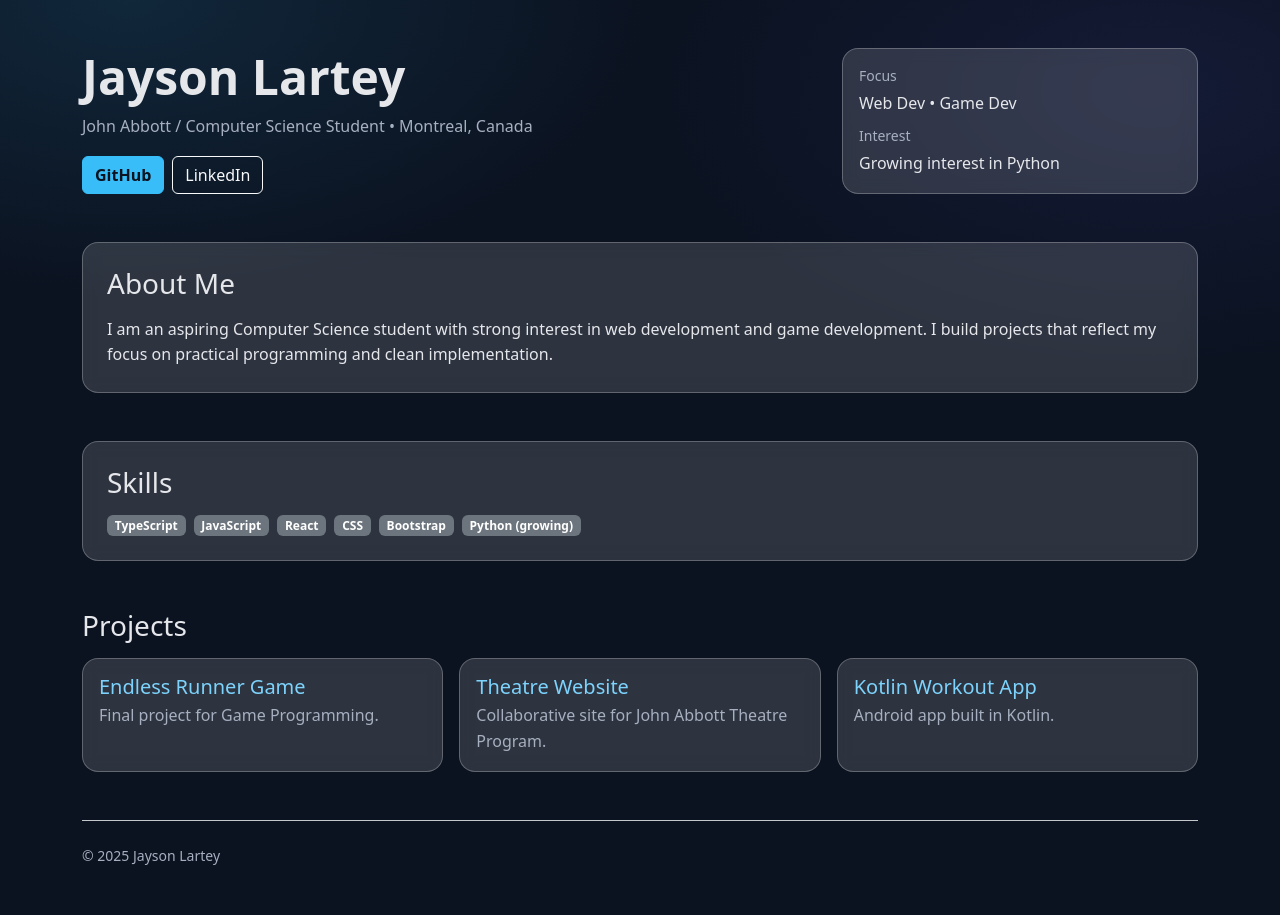
Repository: jaysonlartey/jaysonlartey.github.io
Page: index.html
An editor plug-in stored every save of this project. The page is shown before and after the next save, followed by the edit.
The browser window is 1280 px wide. The pictures show the whole page.

Above is the page before, as saved 2025-12-12 20:32:49.

After the next save:
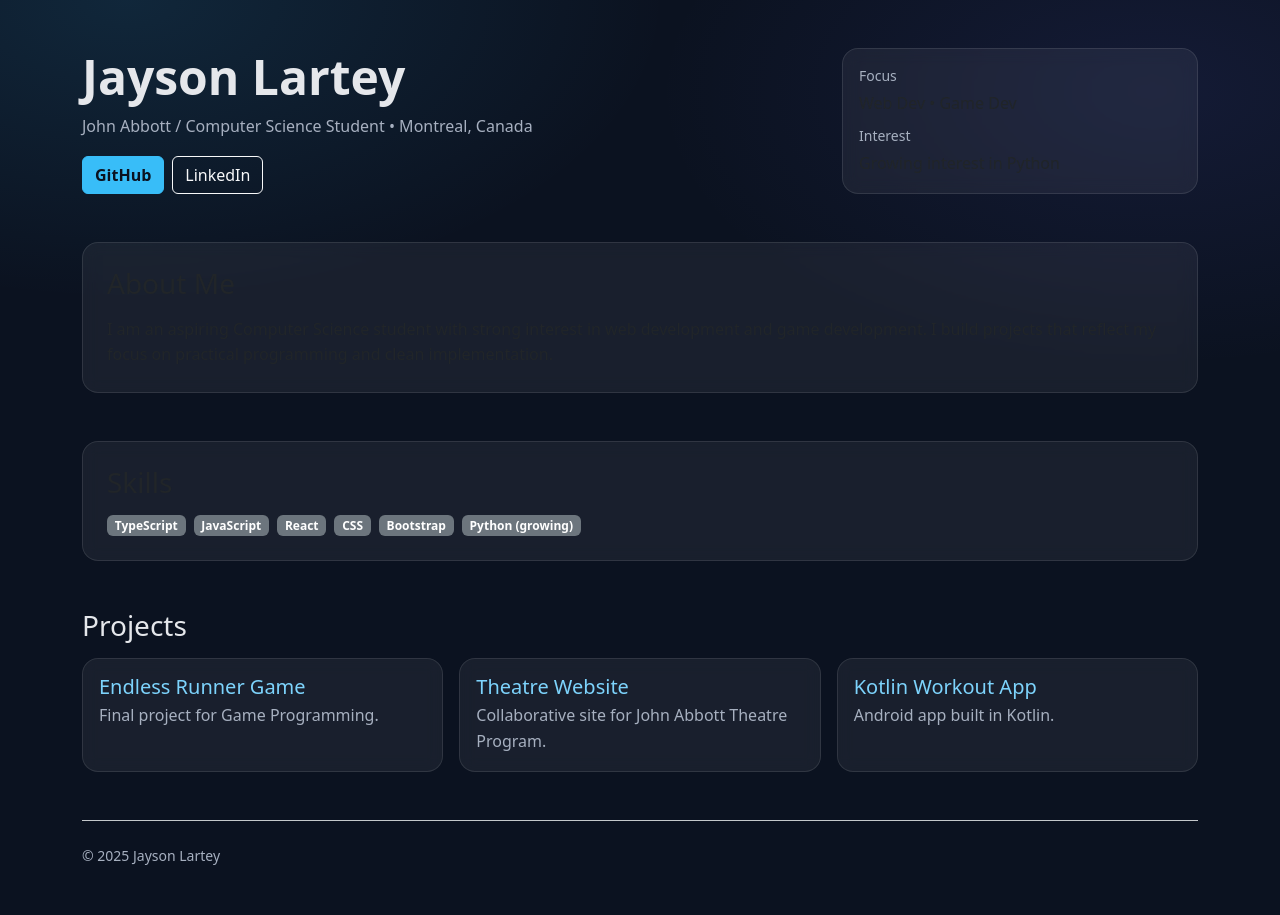
Saved 15 s later.
--- a/style.css
+++ b/style.css
@@ -2,8 +2,8 @@
   --bg: #0b1220;
   --fg: #e5e7eb;
   --muted: #a7b0c0;
-  --card: rgba(255,255,255,0.14);
-  --card-border: rgba(255,255,255,0.25);
+  --card: rgba(255,255,255,0.06);
+  --card-border: rgba(255,255,255,0.10);
 }
 
 *{ box-sizing:border-box; }
@@ -28,7 +28,6 @@
   background: var(--card);
   border: 1px solid var(--card-border);
   border-radius: 16px;
-  color: var(--fg);
   backdrop-filter: blur(8px);
 }
 

After the save that followed:
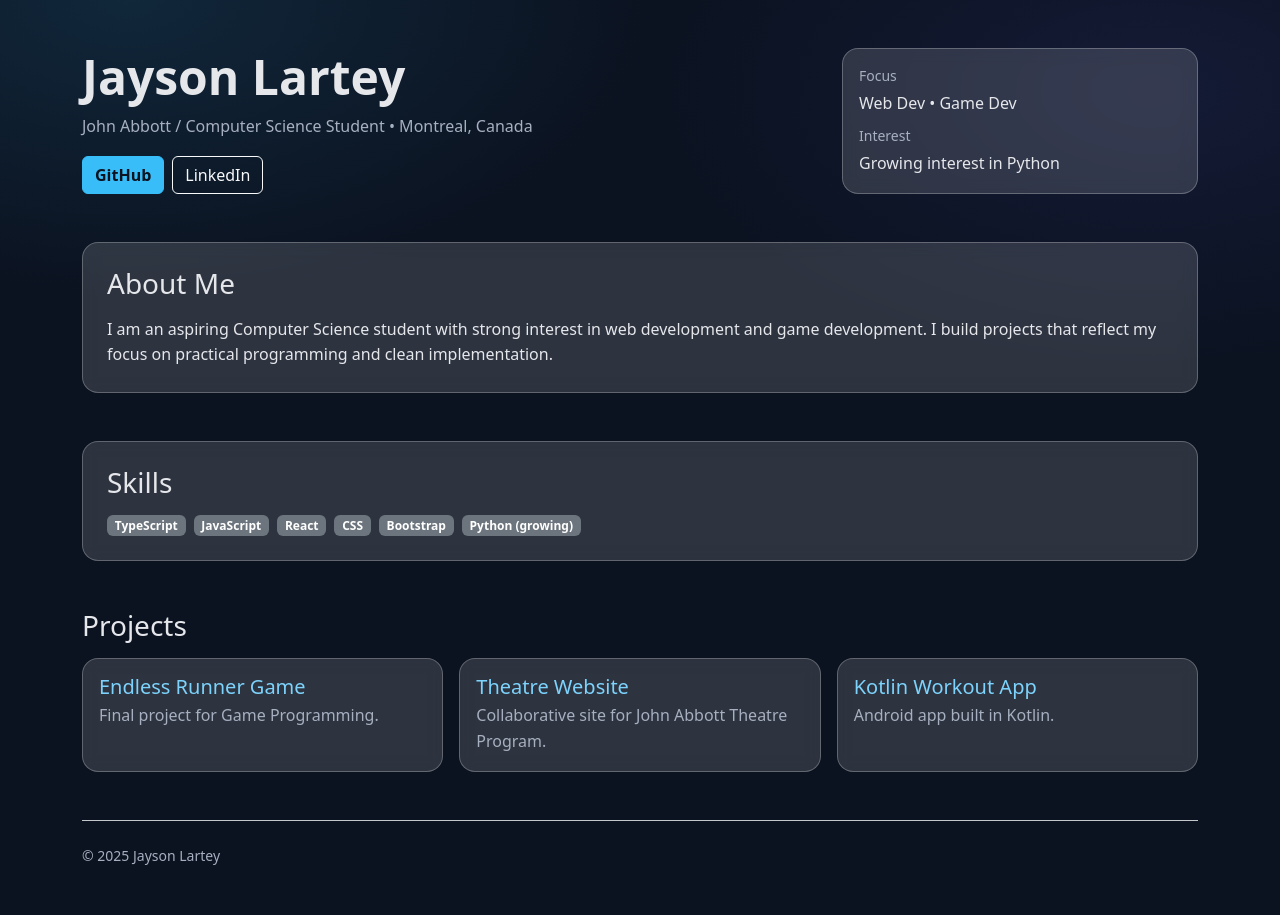
Saved 2 min 17 s later.
--- a/style.css
+++ b/style.css
@@ -2,8 +2,8 @@
   --bg: #0b1220;
   --fg: #e5e7eb;
   --muted: #a7b0c0;
-  --card: rgba(255,255,255,0.06);
-  --card-border: rgba(255,255,255,0.10);
+  --card: rgba(255,255,255,0.14);
+  --card-border: rgba(255,255,255,0.25);
 }
 
 *{ box-sizing:border-box; }
@@ -28,6 +28,7 @@
   background: var(--card);
   border: 1px solid var(--card-border);
   border-radius: 16px;
+  color: var(--fg);
   backdrop-filter: blur(8px);
 }
 
